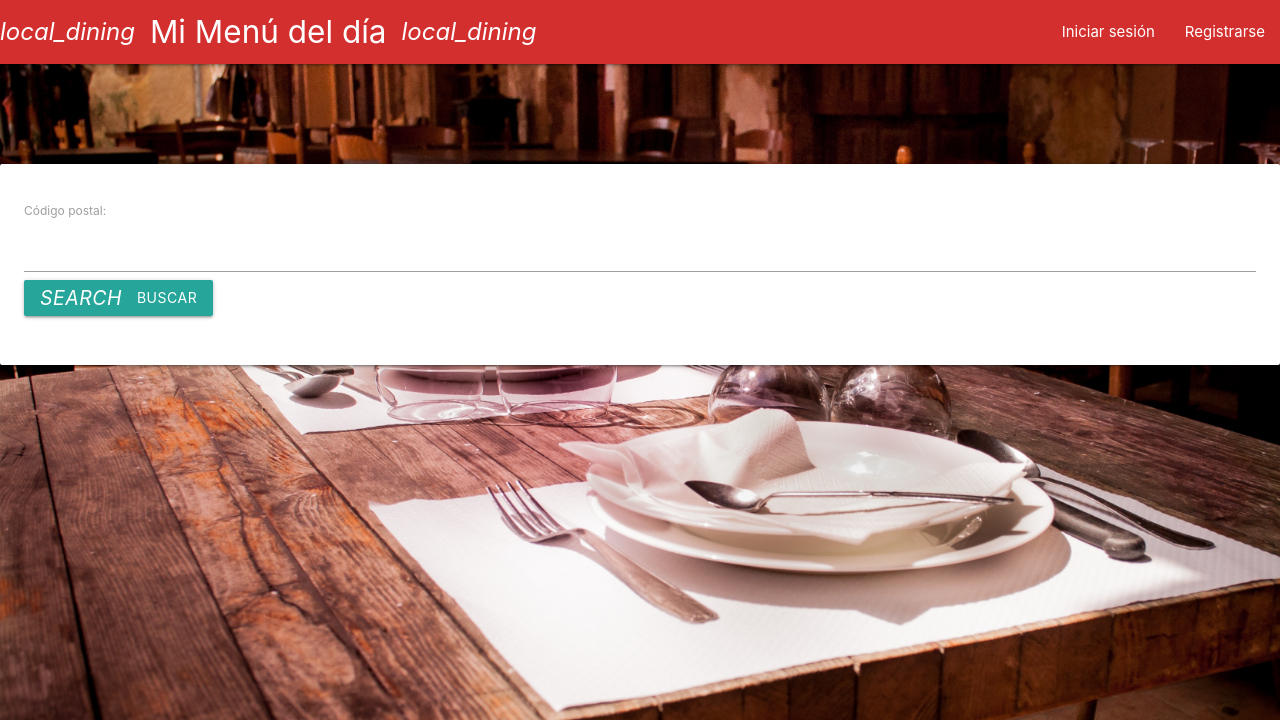
Repository: ixtab/ProyectoJavaRestaurante
Page: http://localhost/MiMenu/
These files come from the project's save history. The page is drawn as it stood at one moment and after the next save; the edit follows.
The browser window is 1280 px wide. The pictures show the whole page.
The page is served by Tomcat 9.

Above is the page before, as saved 2019-03-17 19:39:29.

### MiMenu/WebContent/index.jsp
<%@ page language="java" contentType="text/html; charset=ISO-8859-1"
    pageEncoding="ISO-8859-1"%>
<!DOCTYPE html>
<html>
<head>
	<meta charset="utf-8">
      <link href="https://fonts.googleapis.com/icon?family=Material+Icons" rel="stylesheet">
      <link type="text/css" rel="stylesheet" href="css/materialize.min.css"  media="screen,projection"/>
      <link type="text/css" rel="stylesheet" href="css/style.css" />
      <meta name="viewport" content="width=device-width, initial-scale=1.0"/>
	<title>Mi Menú del día</title>

</head>
<body>

	<header>
		<nav>
		    <div class="red darken-2 nav-wrapper">
		      <a href="#" class="brand-logo"><i class="large material-icons">local_dining</i> Mi Menú del día <i class="large material-icons right">local_dining</i></a>
		      <ul id="nav-mobile" class="right hide-on-med-and-down">
		        <li><a href="iniciar.jsp">Iniciar sesión</a></li>
		        <li><a href="registro.jsp">Registrarse</a></li>
		      </ul>
		    </div>
		  </nav>
	</header>

	<div class="margen-superior card-panel col s6 offset-s2 padding">
		<form class = "flow-text">
			<label >Código postal:<input type="text" id="cp"></label>
		</form>
		<a class=" margen-inferior waves-effect waves-light btn col s6 offset-s3 hoverable" onclick="buscar()"><i class="material-icons left">search</i>Buscar</a>
	</div>



	<script type="text/javascript" src="js/materialize.min.js"></script>
</body>
</html>

### MiMenu/WebContent/css/style.css
html {
    background: url(../img/fondo.jpg) no-repeat center center fixed;
    -webkit-background-size: cover;
    -moz-background-size: cover;
    -o-background-size: cover;
    background-size: cover;
}

body {

}


.margen-superior {
	margin-top: 100px;
}

.margen-inferior {
	margin-bottom: 25px;
}

.mapa {
	display: none;
}

.transparente {
	opacity: 0;
}

Loaded but not shown: MiMenu/WebContent/css/materialize.min.css (library); MiMenu/WebContent/js/materialize.min.js (library)

After the next save:
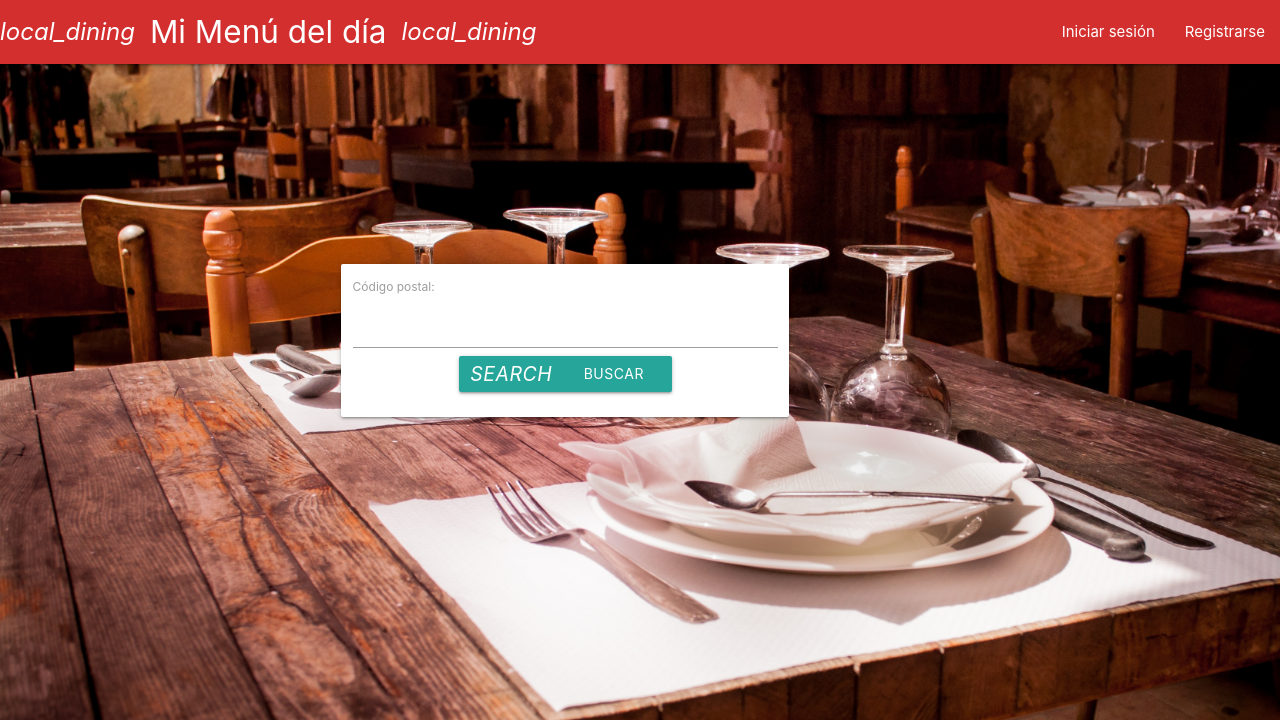
Saved 42 s later.
--- a/MiMenu/WebContent/index.jsp
+++ b/MiMenu/WebContent/index.jsp
@@ -14,24 +14,27 @@
 <body>
 
 	<header>
-		<nav>
-		    <div class="red darken-2 nav-wrapper">
-		      <a href="#" class="brand-logo"><i class="large material-icons">local_dining</i> Mi Menú del día <i class="large material-icons right">local_dining</i></a>
-		      <ul id="nav-mobile" class="right hide-on-med-and-down">
-		        <li><a href="iniciar.jsp">Iniciar sesión</a></li>
-		        <li><a href="registro.jsp">Registrarse</a></li>
-		      </ul>
-		    </div>
-		  </nav>
-	</header>
+			<nav>
+			    <div class="red darken-2 nav-wrapper">
+			      <a href="#" class="brand-logo"><i class="large material-icons">local_dining</i> Mi Menú del día <i class="large material-icons right">local_dining</i></a>
+			      <ul id="nav-mobile" class="right hide-on-med-and-down">
+			        <li><a href="iniciar.jsp">Iniciar sesión</a></li>
+			        <li><a href="registro.jsp">Registrarse</a></li>
+			      </ul>
+			    </div>
+			  </nav>
+		</header>
 
-	<div class="margen-superior card-panel col s6 offset-s2 padding">
-		<form class = "flow-text">
-			<label >Código postal:<input type="text" id="cp"></label>
-		</form>
-		<a class=" margen-inferior waves-effect waves-light btn col s6 offset-s3 hoverable" onclick="buscar()"><i class="material-icons left">search</i>Buscar</a>
+	<div class="margen-superior container row">
+
+		<div class="margen-superior card-panel col s6 offset-s2 padding">
+
+			<form class = "flow-text">
+				<label >Código postal:<input type="text" id="cp"></label>
+			</form>
+			<a class=" margen-inferior waves-effect waves-light btn col s6 offset-s3 hoverable" onclick="buscar()"><i class="material-icons left">search</i>Buscar</a>
+		</div>
 	</div>
-
 
 
 	<script type="text/javascript" src="js/materialize.min.js"></script>
